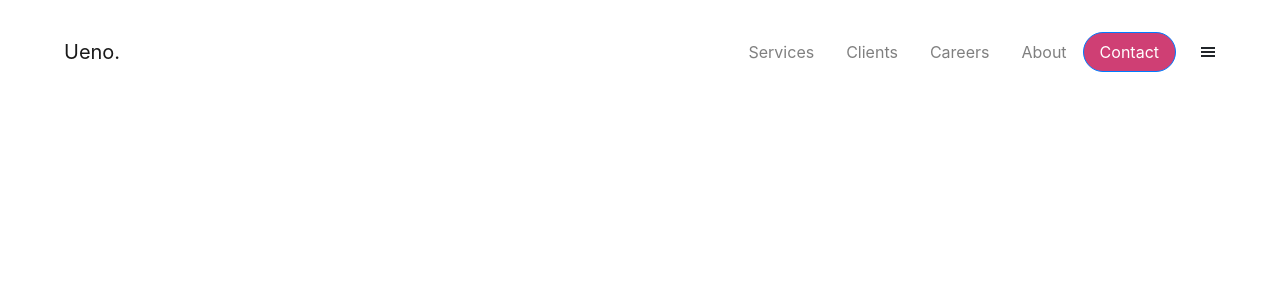
Repository: DeepaPrasanna/UenoClone
Page: /
The author's editor kept a copy of each file at every save. The page is drawn from the files as they stood at one save, then again after the next save.
The browser window is 1280 px wide. The pictures show the whole page.
The project was rebuilt for these pictures with package versions that can differ from the ones it lists, and the page was loaded fresh each time.

Above is the page before, as saved 2021-05-04 22:07:25.

After the next save:
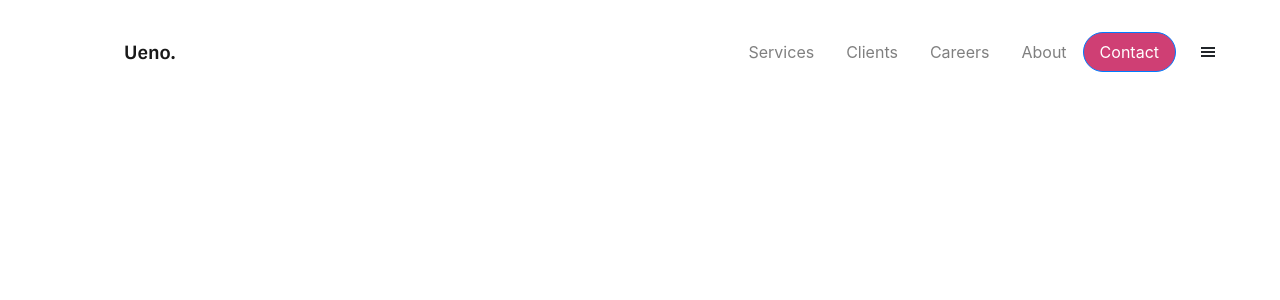
Saved 70 s later.
--- a/src/components/Layout/Header.js
+++ b/src/components/Layout/Header.js
@@ -1,12 +1,13 @@
 import React from "react";
-import { Navbar, Nav, NavDropdown, Form, FormControl, Button } from "react-bootstrap";
-import { propTypes } from "react-bootstrap/esm/Image";
+import { Navbar, Nav, Button } from "react-bootstrap";
 import { GiHamburgerMenu } from "react-icons/gi";
 
 const Header = (props) => {
   return (
     <Navbar>
-      <Navbar.Brand href="#home">Ueno.</Navbar.Brand>
+      <Navbar.Brand href="#home" className="brand">
+        Ueno.
+      </Navbar.Brand>
       <div className="d-flex ml-auto align-items-center">
         <Nav className="d-none d-sm-none d-md-flex m-2 p-3">
           <Nav.Link href="#home" className="px-3">
